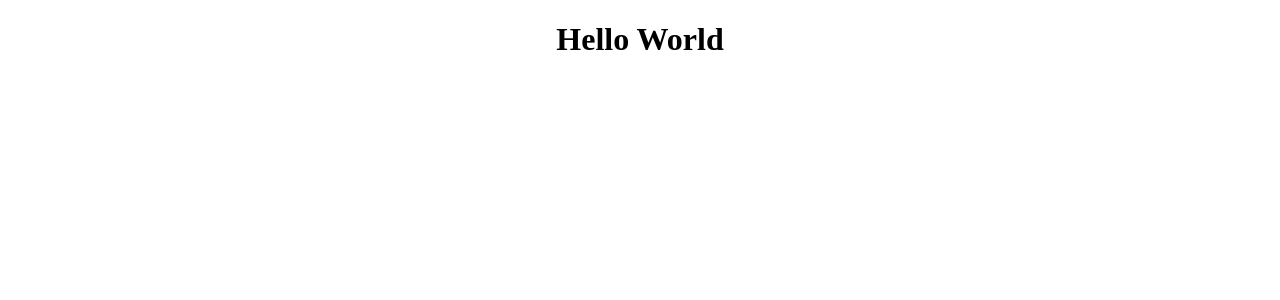
Repository: roneetkumar/java-enterprise
Page: http://localhost/Students/displayStudents.jsp
An editor plug-in stored every save of this project. The page is shown before and after the next save, followed by the edit.
The browser window is 1280 px wide. The pictures show the whole page.
The page is served by Tomcat 9. Other server files are loaded and not shown.

Above is the page before, as saved 2020-02-25 19:22:57.

### Students/WebContent/displayStudents.jsp
<%@ page language="java" contentType="text/html; charset=ISO-8859-1"
    pageEncoding="ISO-8859-1"%>
<!DOCTYPE html>
<html>
<head>
<meta charset="ISO-8859-1">
<title>Insert title here</title>
</head>
<body>
<h1 align="center">Hello World</h1>

</body>
</html>

After the next save:
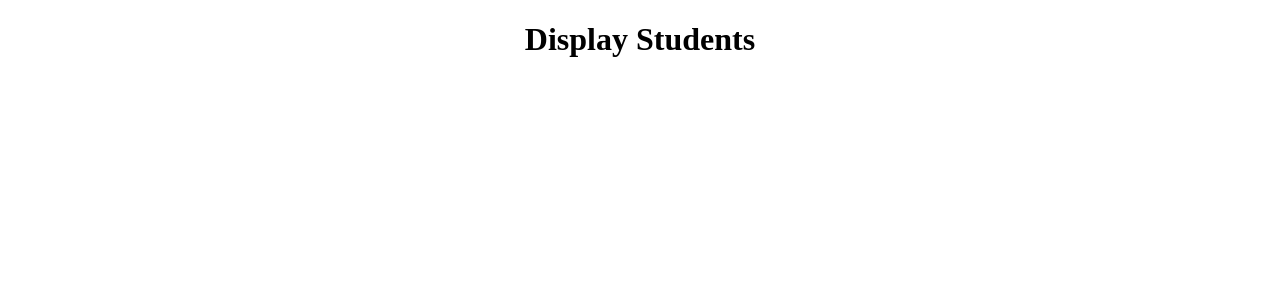
Saved 10 s later.
--- a/Students/WebContent/displayStudents.jsp
+++ b/Students/WebContent/displayStudents.jsp
@@ -7,7 +7,6 @@
 <title>Insert title here</title>
 </head>
 <body>
-<h1 align="center">Hello World</h1>
-
+	<h1 align="center">Display Students</h1>
 </body>
 </html>
